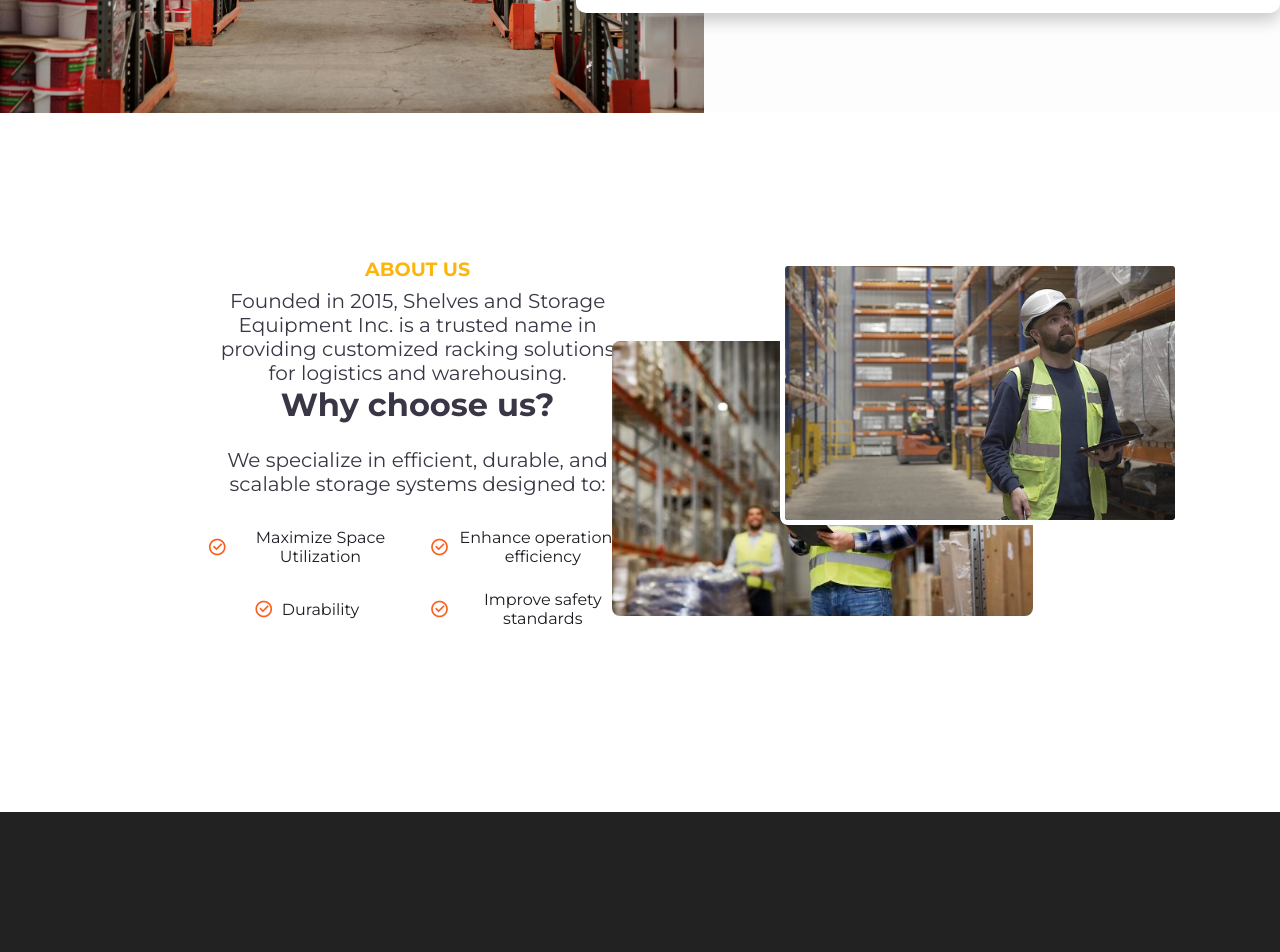
Repository: jahatesu/shelves-and-storage-equipment
Page: index.html
An editor plug-in stored every save of this project. The page is shown before and after the next save, followed by the edit.
The browser window is 1280 px wide. The pictures show the part of the page from y = 1359 to 2311 px (the page is 7811 px tall before and 7779 px after).
A picture or video elsewhere on the page could not be fetched, so the positions and the page height are approximate. Backgrounds fixed to the window are drawn as part of the page. Some web fonts or font styles are not loaded; a fallback is used. Some web libraries are served in a nearby version.

Above is the page before, as saved 2025-01-25 19:34:13.
Console error: TypeError: Cannot read properties of null (reading 'querySelector')

After the next save:
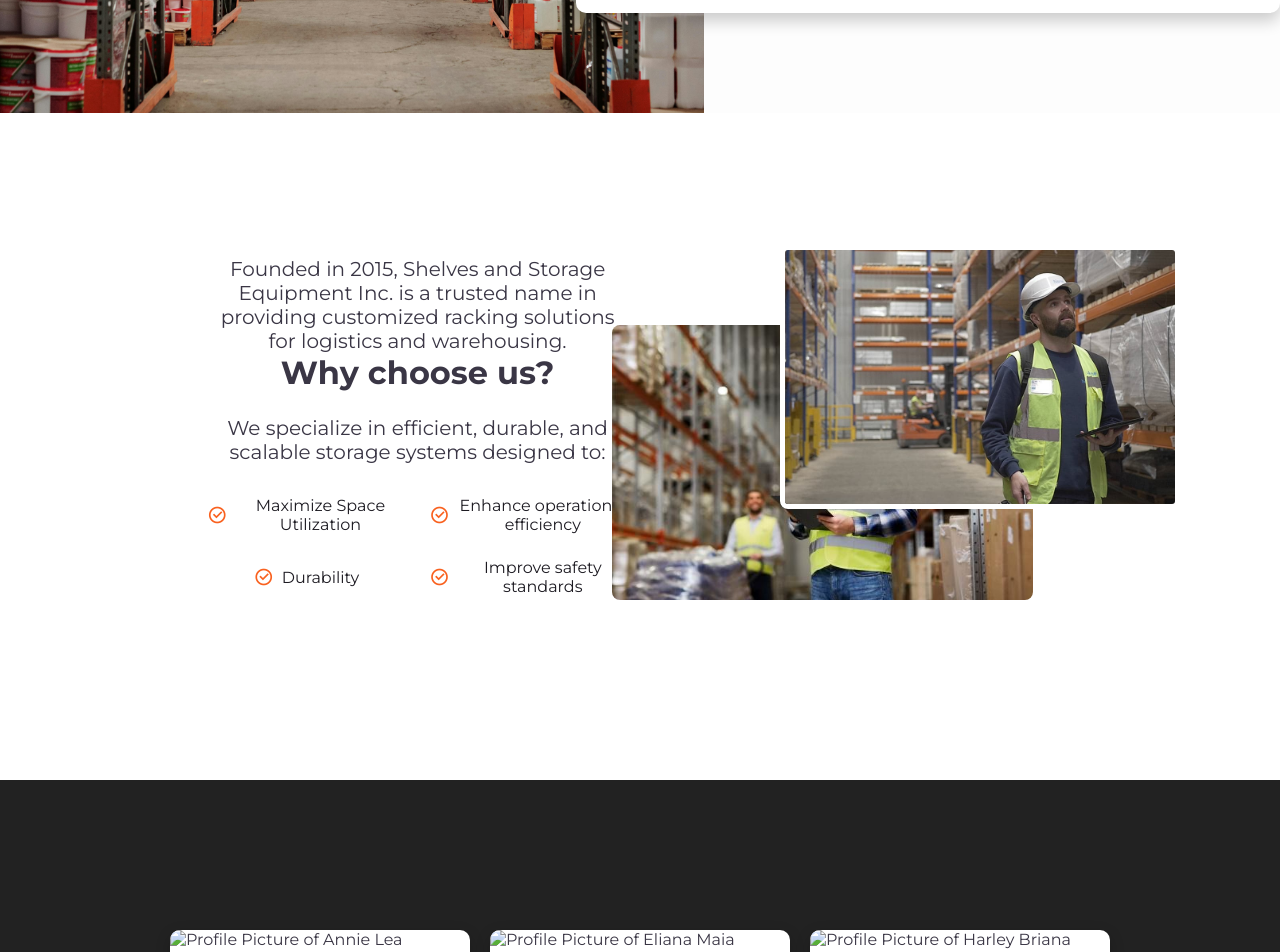
Saved 9 s later.
--- a/index.html
+++ b/index.html
@@ -65,7 +65,6 @@
 <section class="about section" id="about">
     <div class="about_container container grid">
         <div class="about_data">
-            <span class="section_subtitle">ABOUT US</span>
             <p>
                 Founded in 2015, Shelves and Storage Equipment Inc. is a trusted name in providing customized racking solutions for logistics and warehousing.
             </p>

After the save that followed:
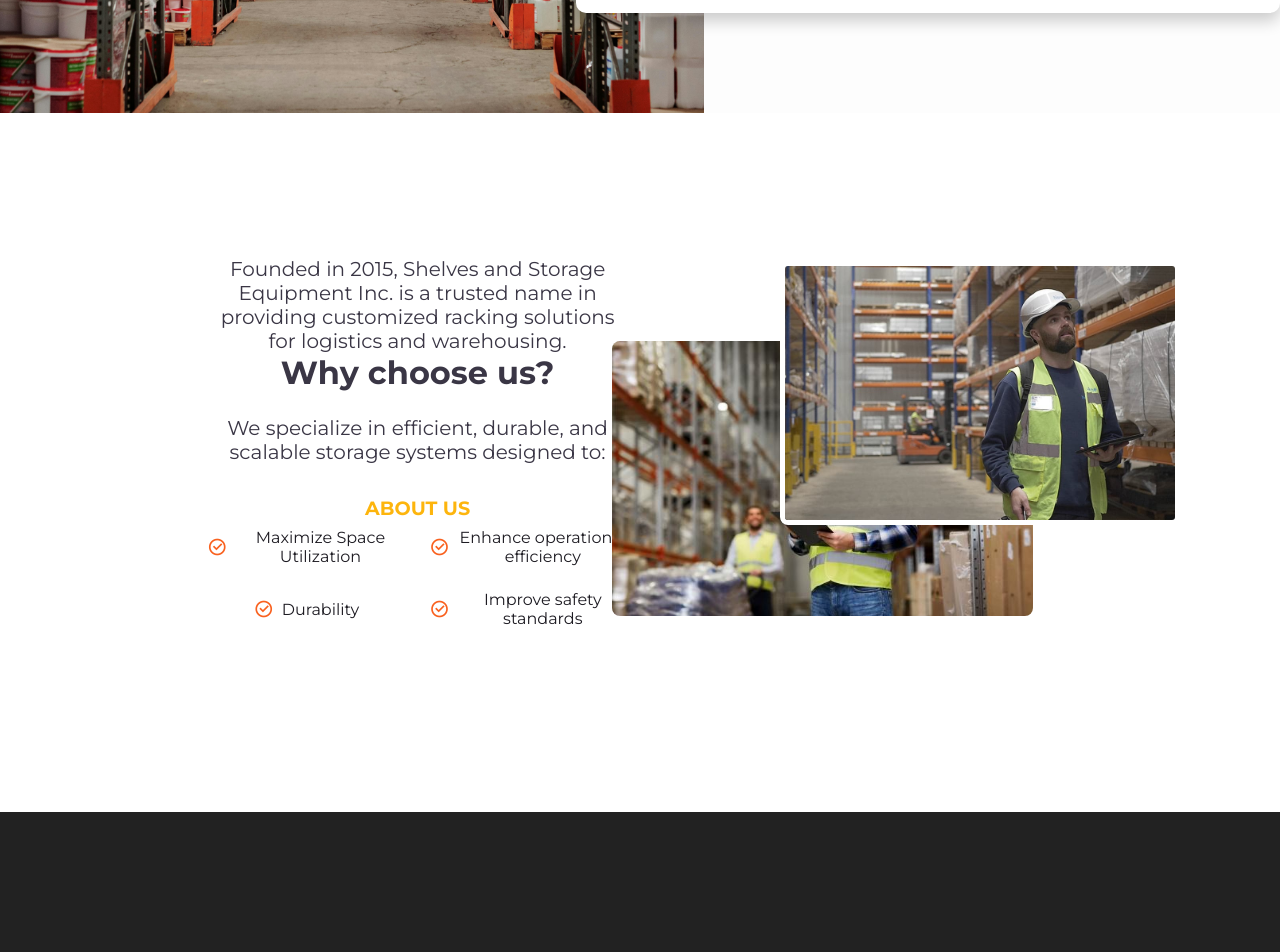
Saved 4 s later.
--- a/index.html
+++ b/index.html
@@ -72,6 +72,7 @@
             <p class="about_description">
                 We specialize in efficient, durable, and scalable storage systems designed to:
             </p>
+            <span class="section_subtitle">ABOUT US</span>
             <ul class="about_list grid">
                 <li class="about_list-item">
                     <i class="ri-checkbox-circle-line"></i>
